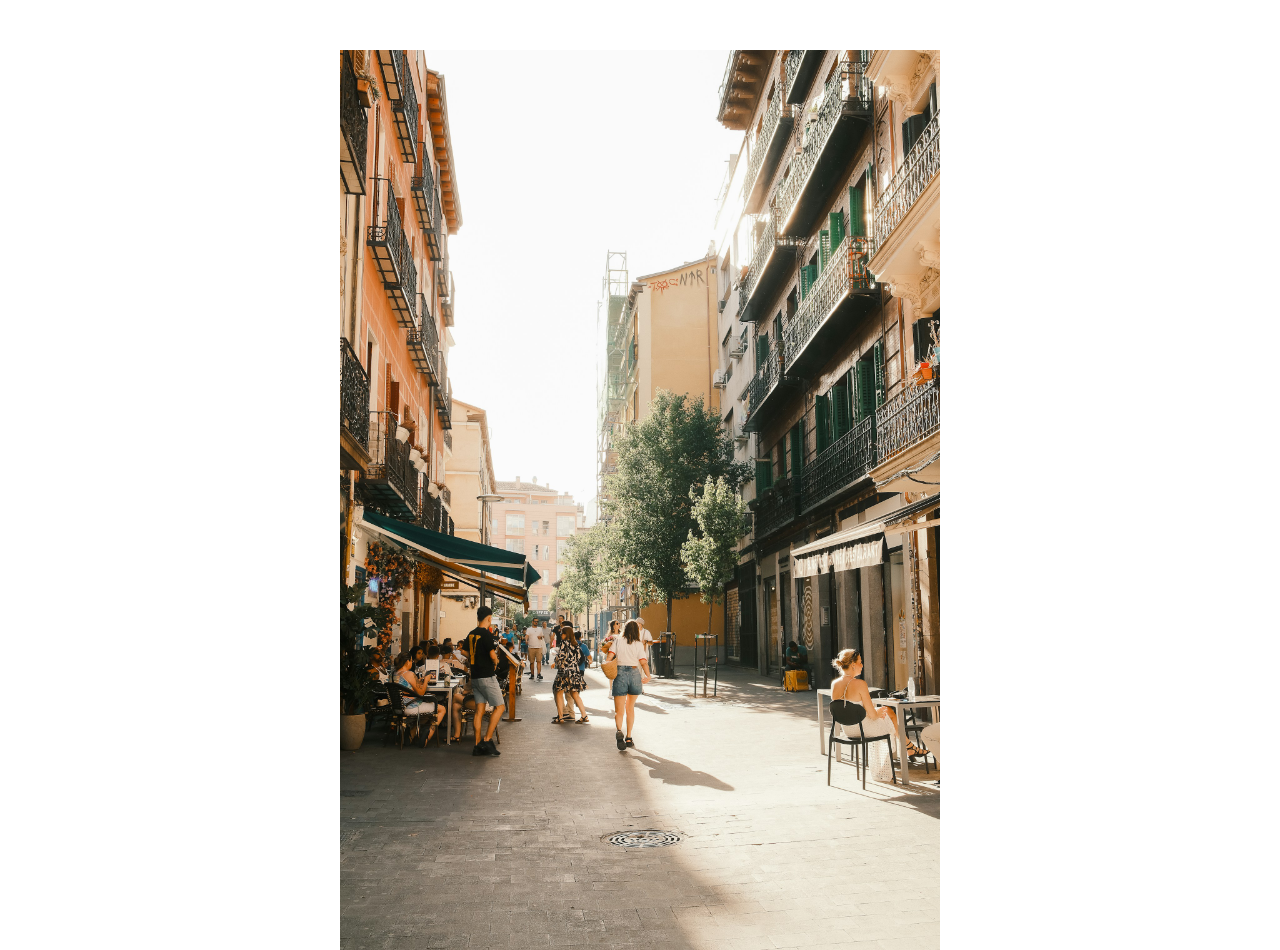
Repository: DamianBermudez94/curso-css3
Page: efectoLightBox/lightBox.html
These files come from the project's save history. The page is drawn as it stood at one moment and after the next save; the edit follows.
The browser window is 1280 px wide. The pictures show the whole page.
Backgrounds fixed to the window are drawn as part of the page.

Above is the page before, as saved 2024-06-20 16:09:46.

After the next save:
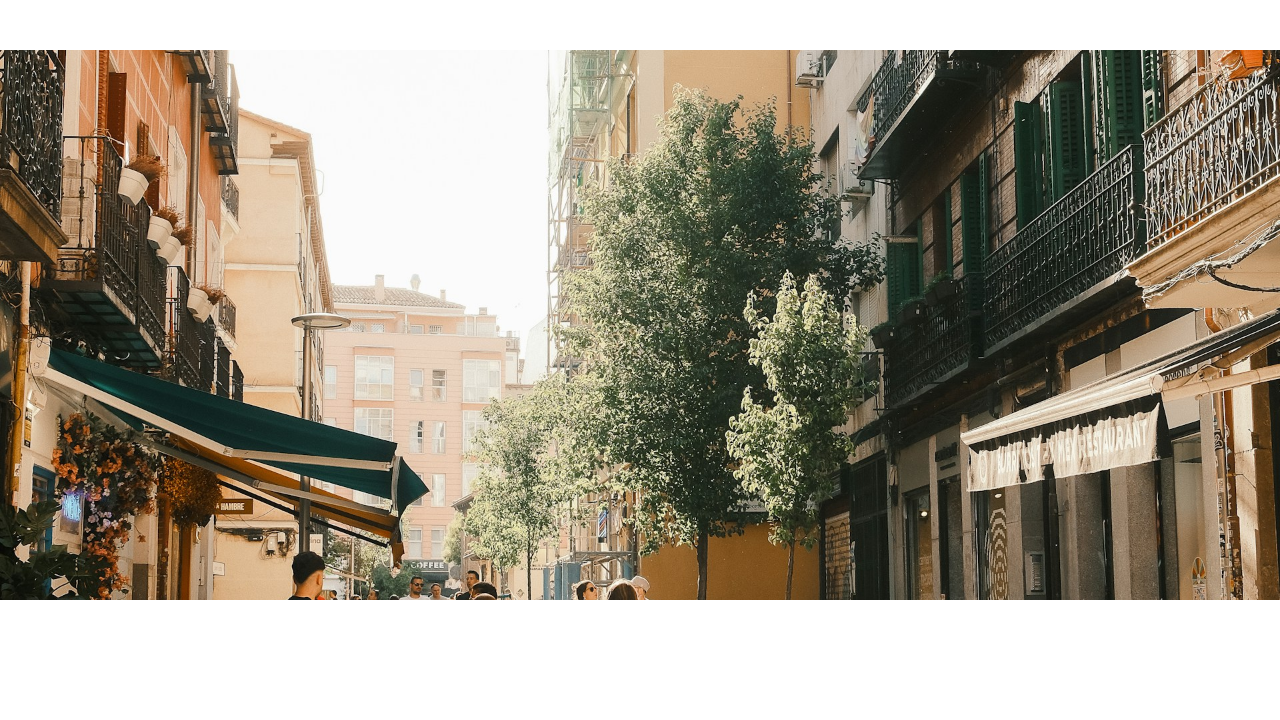
Saved 10 s later.
--- a/efectoLightBox/estilos.css
+++ b/efectoLightBox/estilos.css
@@ -6,7 +6,7 @@
 .picture img {
   display: block;
   width: 100%;
-  max-width: 600px;
+  max-height: 600px;
 
   object-fit: cover;
   margin: 0 auto;

After the save that followed:
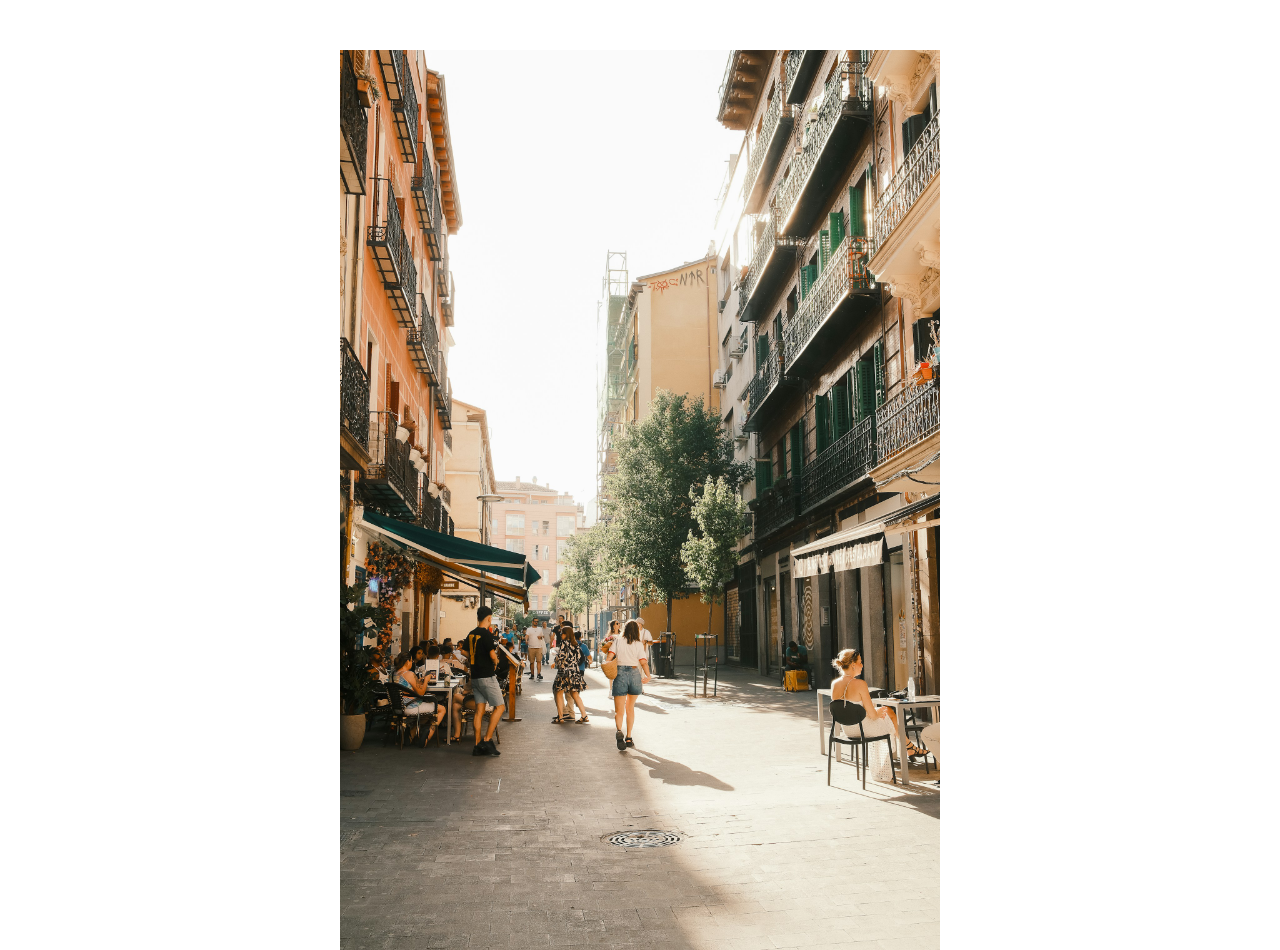
Saved 14 s later.
--- a/efectoLightBox/estilos.css
+++ b/efectoLightBox/estilos.css
@@ -6,7 +6,7 @@
 .picture img {
   display: block;
   width: 100%;
-  max-height: 600px;
+  max-width: 600px;
 
   object-fit: cover;
   margin: 0 auto;
